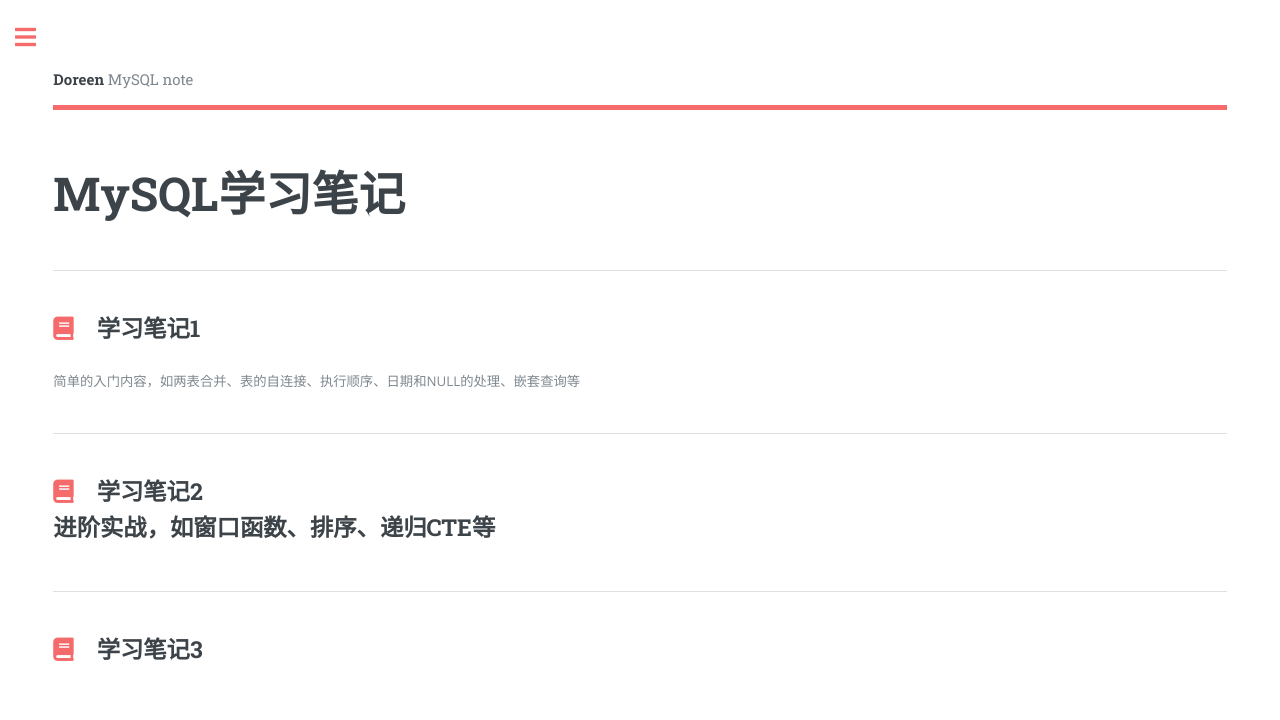
Repository: Hpz3859/Hpz3859.github.io
Page: mysql.html
The author's editor kept a copy of each file at every save. The page is drawn from the files as they stood at one save, then again after the next save.
The browser window is 1280 px wide. The pictures show the whole page.

Above is the page before, as saved 2025-03-31 21:02:14.

After the next save:
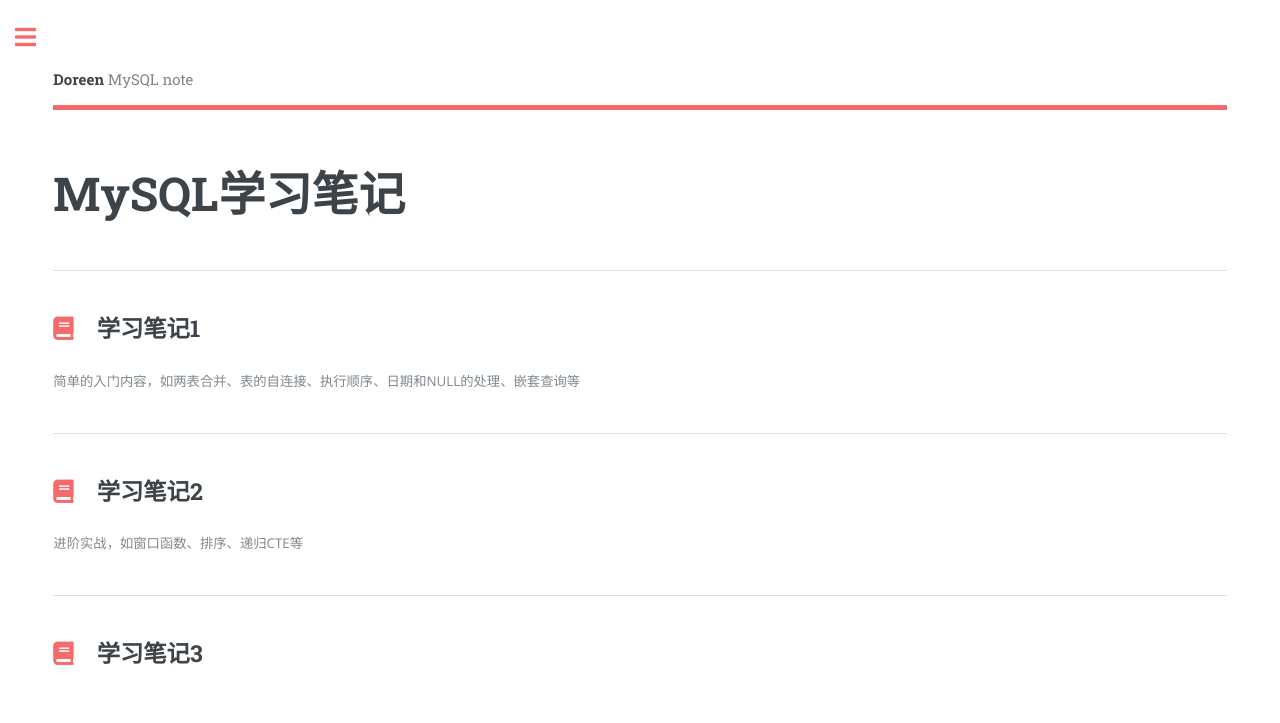
Saved 5 min 2 s later.
--- a/mysql.html
+++ b/mysql.html
@@ -59,8 +59,8 @@
 											<span class="icon solid fa-book" style="color: #f56a6a;"></span>
 											&nbsp;&nbsp;
 											<a href="MySQL_practice2.html" class="logo">学习笔记2</a>
-											<p>进阶实战，如窗口函数、排序、递归CTE等</p>
 										</h2>
+										<p>进阶实战，如窗口函数、排序、递归CTE等</p>
 									</div>
 
 									<hr class="major" />
